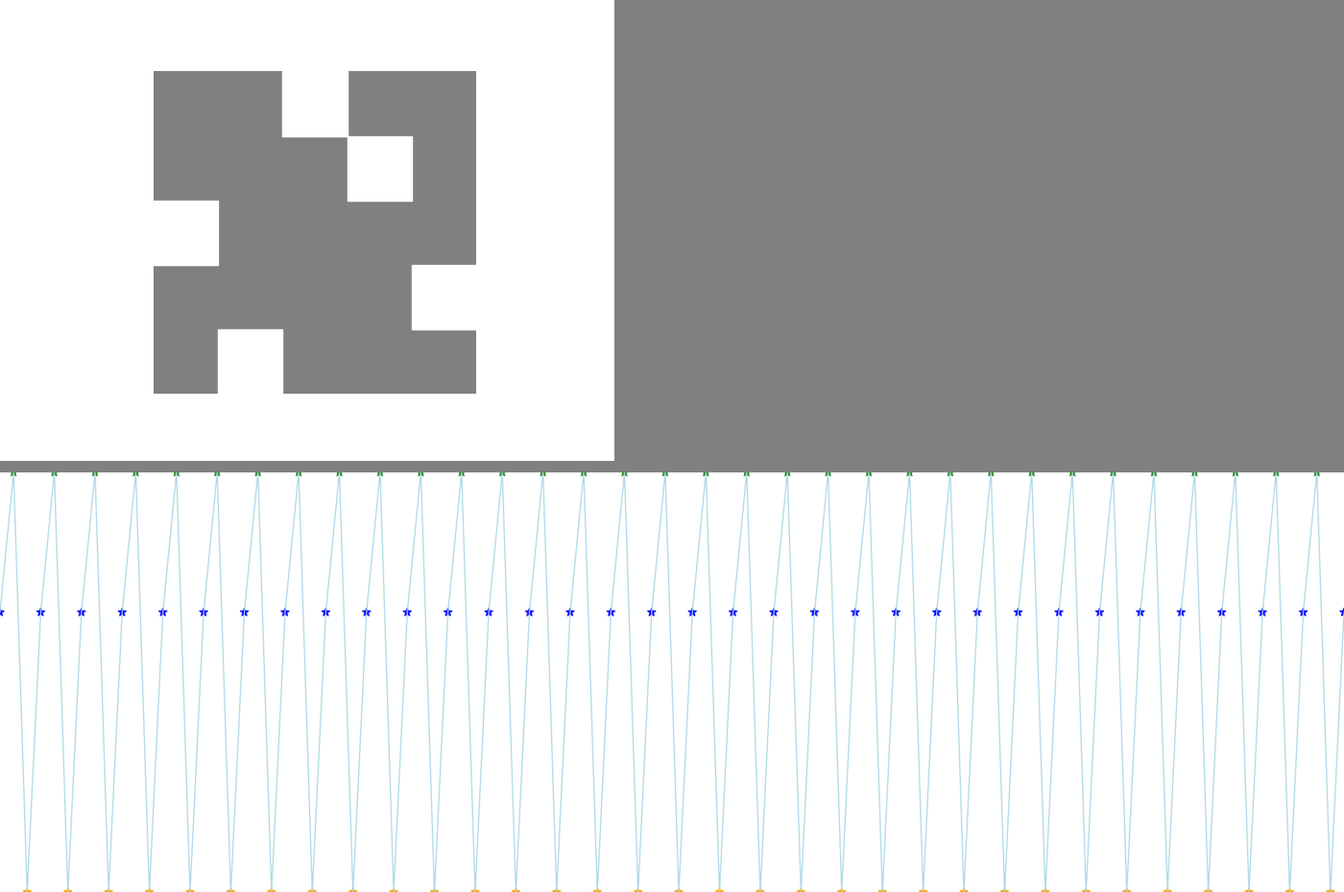
Repository: Carty-Bao/BNPHMM
Script's output: python code/synth.py
An editor plug-in stored every save of this project. The script's output is shown before and after the next save, followed by the edit.
The pictures are shown at 96% of full size.
Each picture stacks the figures in order, with grey between them; figures that are only written to a file come last. Figures wider than 1,400 px are first shrunk to that width. Random numbers start from a fixed seed.

Above is the script's output before, as saved 2022-08-18 11:10:26.

After the next save:
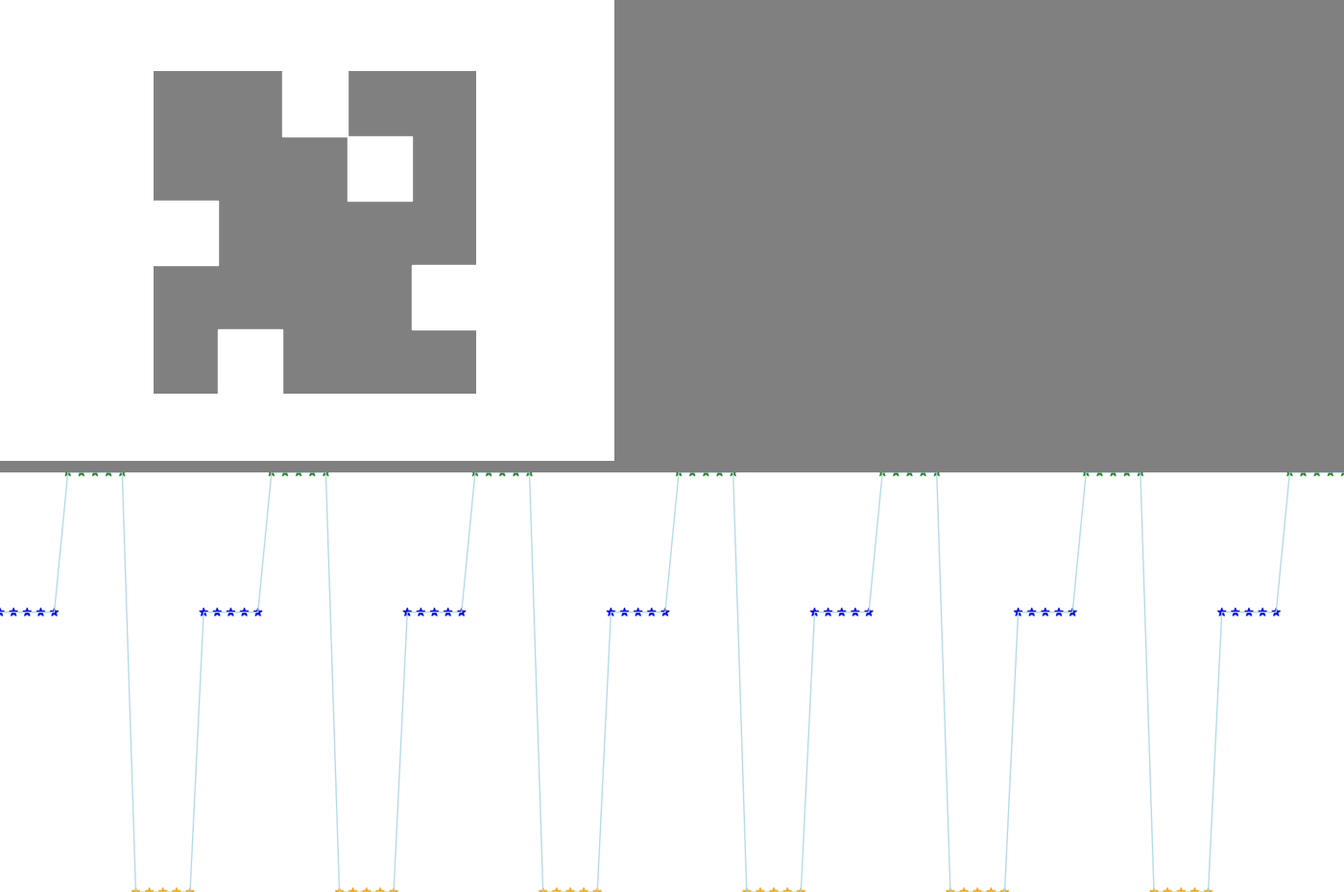
Saved 13 min 59 s later.
--- a/code/synth.py
+++ b/code/synth.py
@@ -251,7 +251,7 @@ if __name__=="__main__":
 
     #数据生成
     N, K_grnd, K = 100, 5, 10
-    X1, _, Z, mu_grd = Non_ideal_HMM(N, K_grnd, mu_sd_factor= 0, spur_ratio=0., miss_ratio=0,type='stagger')
+    X1, _, Z, mu_grd = Non_ideal_HMM(N, K_grnd, mu_sd_factor= 0, spur_ratio=0., miss_ratio=0,type='dwell')
 
     # Ns = [100,150,180]
     # Ks = [4,5,6]
